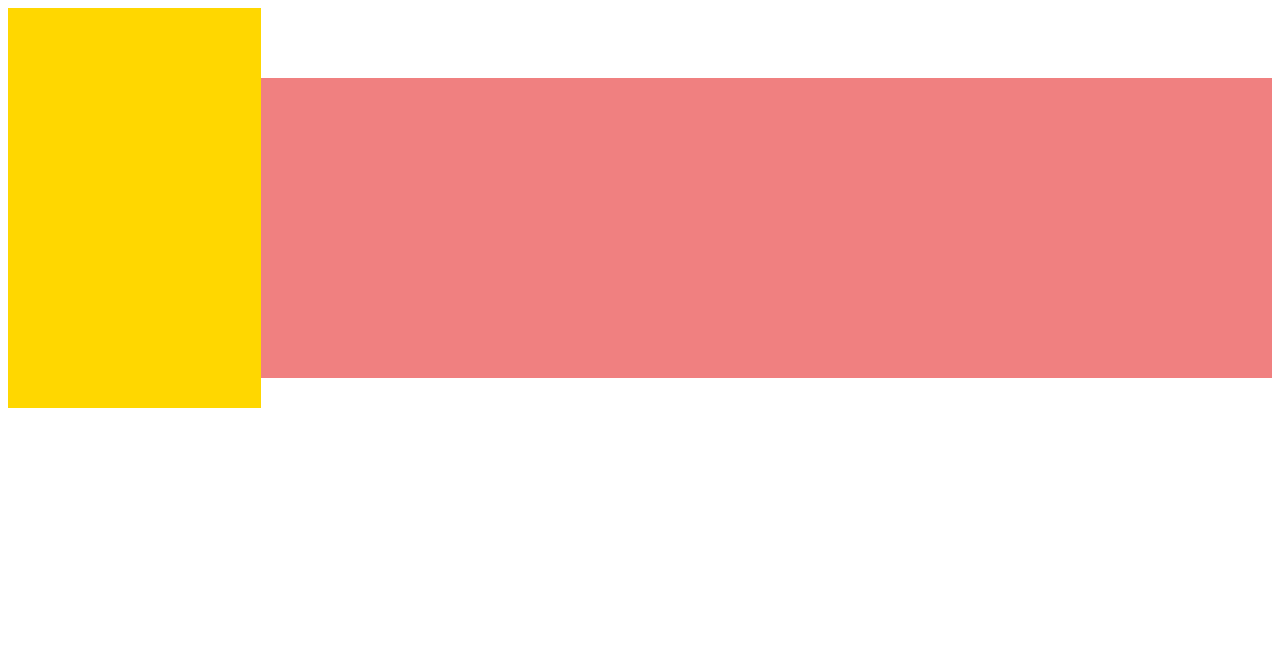
Repository: he-ming-de/vue-back
Page: /
These files come from the project's save history. The page is drawn as it stood at one moment and after the next save; the edit follows.
The browser window is 1280 px wide. The pictures show the whole page.
The page's requests for data from a server got no answer. The project was rebuilt for these pictures with package versions that can differ from the ones it lists, and the page was loaded fresh each time. No one was signed in, and anything a server would have sent is missing.

Above is the page before, as saved 2020-08-27 16:18:58.

After the next save:
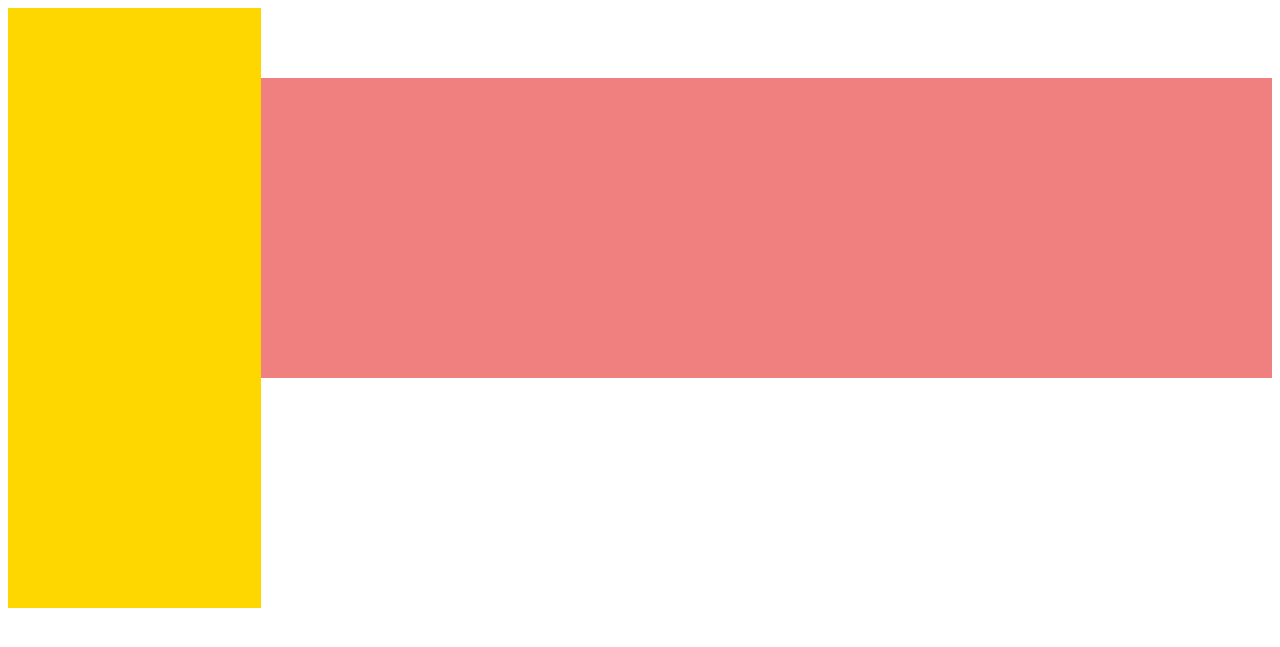
Saved 55 s later.
--- a/src/views/Home.vue
+++ b/src/views/Home.vue
@@ -114,7 +114,7 @@ export default {
 }
 .sidebar {
   width: 20%;
-  height: 400px;
+  height: 600px;
   background: gold;
 }
 .Class-capacity {
